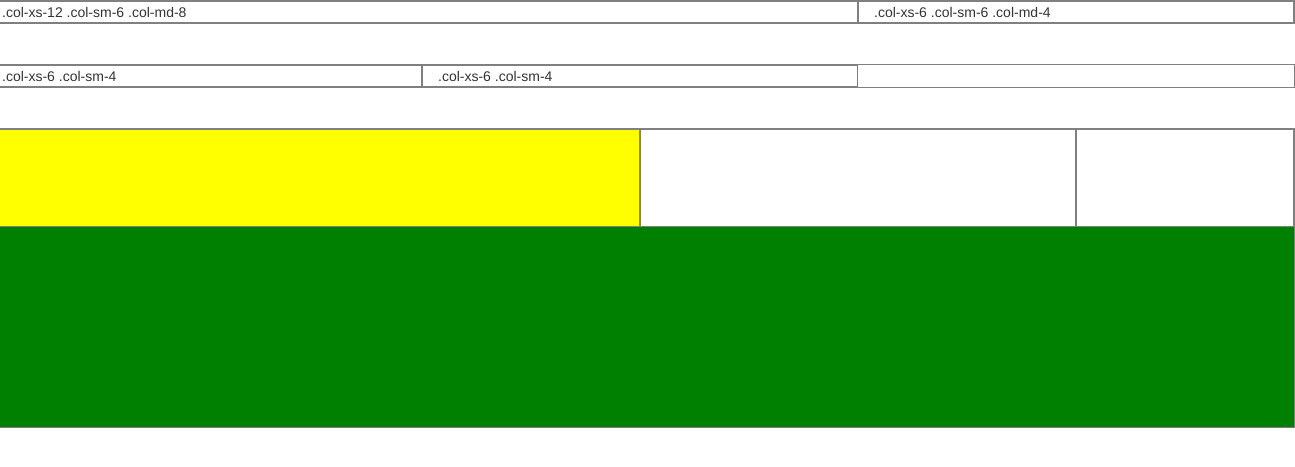
Repository: yhj4130/BootstrapStudy
Page: BootstrapWork/WebContent/BootEx07.html
These files come from the project's save history. The page is drawn as it stood at one moment and after the next save; the edit follows.
The browser window is 1280 px wide. The page is 1295 px wide, so the pictures cover 1295 px, including what lies to the right of the window. The pictures show the whole page.

Above is the page before, as saved 2019-06-12 05:03:00.

### BootstrapWork/WebContent/BootEx07.html
<!DOCTYPE html>
<html>
<head>
<meta charset="UTF-8">
<title>BootEx07.html</title>

<link rel="stylesheet" href="css/bootstrap.css">
<script type="text/javascript" src="js/jquery-3.4.1.min.js"></script>
<script type="text/javascript" src="js/bootstrap.min.js"></script>

<style type="text/css">
	div {border: 1px solid gray;}
</style>

</head>
<body>

<!--
	※ 그리드 시스템 → 12분할

	   사용할 클래스     『.col-xs』      『.col-sm』      『.col-md』      『.col-lg』

	   브라우저의 크기	  아주 작은 기기   작은 기기        중간 기기        큰 기기
	   (=디바이스 크기)
-->

<div class="row">
	<div class="col-xs-12 col-sm-6 col-md-8">.col-xs-12 .col-sm-6 .col-md-8</div>
	<div class="col-xs-6 col-sm-6 col-md-4">.col-xs-6 .col-sm-6 .col-md-4</div>
</div>

<br><br>

<div class="row">
	<div class="col-xs-6 col-sm-4">.col-xs-6 .col-sm-4</div>
	<div class="col-xs-6 col-sm-4">.col-xs-6 .col-sm-4</div>
</div>

<br><br>

<div class="row" style="height: 300px; background-color: green;">
	<div class="col-xs-4 col-sm-12 col-md-6" style="height: 98px; background-color: yellow;"></div>
	<div class="col-xs-4 col-sm-12 col-md-4" style="height: 98px; background-color: white;"></div>
	<div class="col-xs-4 col-sm-12 col-md-2" style="height: 98px; background-color: white;"></div>
</div>

</body>
</html>

Loaded but not shown: BootstrapWork/WebContent/css/bootstrap.css (library); BootstrapWork/WebContent/js/jquery-3.4.1.min.js (library); BootstrapWork/WebContent/js/bootstrap.min.js (library)

After the next save:
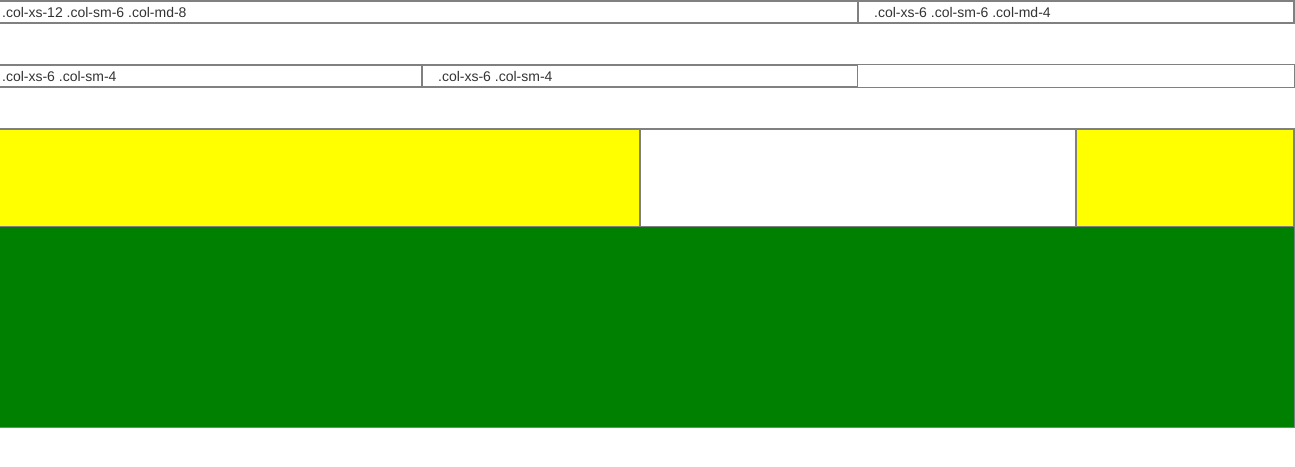
Saved 14 s later.
--- a/BootstrapWork/WebContent/BootEx07.html
+++ b/BootstrapWork/WebContent/BootEx07.html
@@ -41,7 +41,7 @@
 <div class="row" style="height: 300px; background-color: green;">
 	<div class="col-xs-4 col-sm-12 col-md-6" style="height: 98px; background-color: yellow;"></div>
 	<div class="col-xs-4 col-sm-12 col-md-4" style="height: 98px; background-color: white;"></div>
-	<div class="col-xs-4 col-sm-12 col-md-2" style="height: 98px; background-color: white;"></div>
+	<div class="col-xs-4 col-sm-12 col-md-2" style="height: 98px; background-color: yellow;"></div>
 </div>
 
 </body>
